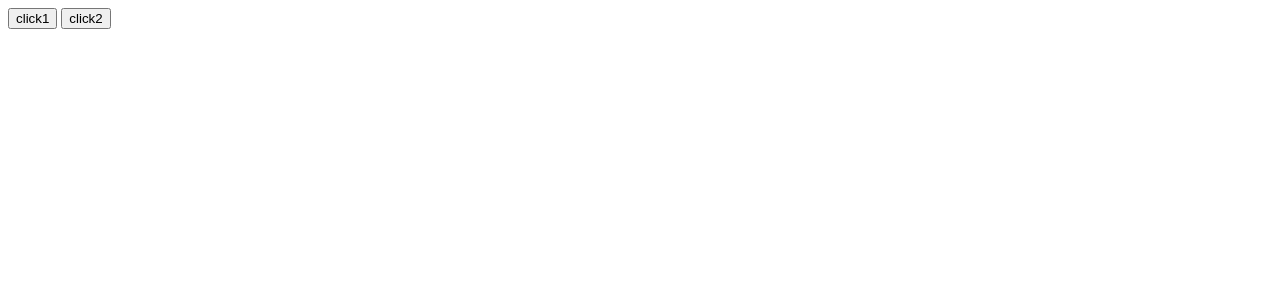
Repository: Jeong43/WebStudy
Page: JsonApp/WebContent/JsonTest06.html
These files come from the project's save history. The page is drawn as it stood at one moment and after the next save; the edit follows.
The browser window is 1280 px wide. The pictures show the whole page.

Above is the page before, as saved 2021-12-09 01:24:13.

After the next save:
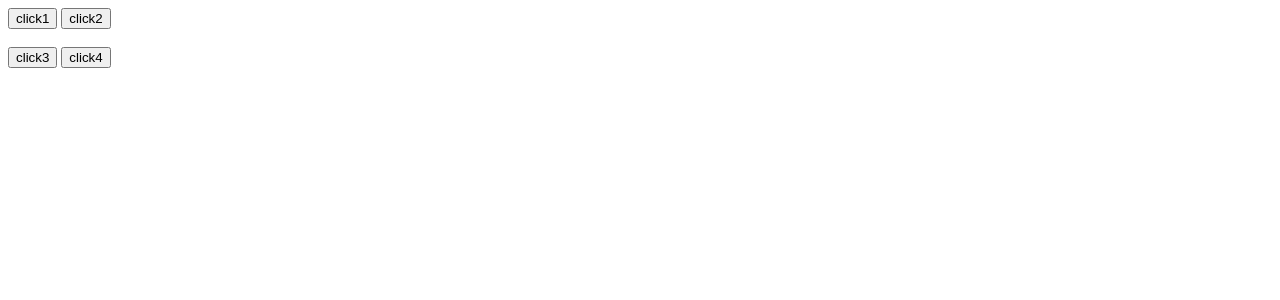
Saved 2 min 45 s later.
--- a/JsonApp/WebContent/JsonTest06.html
+++ b/JsonApp/WebContent/JsonTest06.html
@@ -44,13 +44,23 @@
 	<!-- ①: 123 -->
 	<!-- ②: 123.456 -->
 	<!-- ③: true -->
-	<!-- ④: true -->
+	<!-- ④: null -->
 
 	<input type="button" value="click2" onclick="alert(typeof myJsonObject6.test)" />
 	<!-- ①: number -->
 	<!-- ②: number -->
 	<!-- ③: boolean -->
-	<!-- ④: boolean -->
+	<!-- ④: object --> <!-- check~!!! -->
+
+	<br><br>
+
+	<input type="button" value="click3"
+		onclick="myJsonObject6.test=false; alert(myJsonObject6.test)" />
+	<!-- false -->
+
+	<input type="button" value="click4"
+		onclick="myJsonObject6.test=false; alert(typeof myJsonObject6.test)" />
+	<!-- boolean -->
 
 </form>
 
